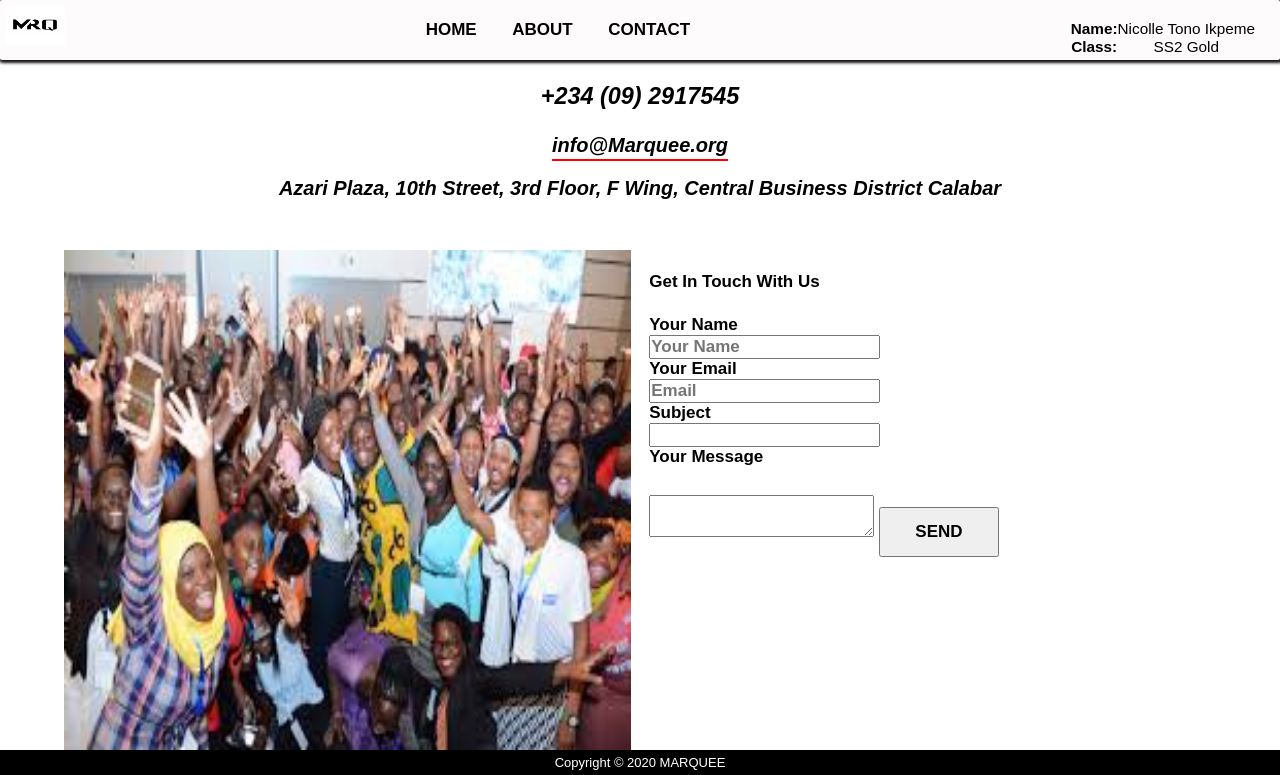
Repository: pboi18/Marquee.org
Page: contact.html
The author's editor kept a copy of each file at every save. The page is drawn from the files as they stood at one save, then again after the next save.
The browser window is 1280 px wide. The pictures show the whole page.

Above is the page before, as saved 2020-07-11 22:28:38.

### contact.html
<!DOCTYPE html>
<html>
    <head>
        <meta charset="utf-8">
        <link rel="icon" type="image/png" sizes="16x16" href="img/logo.png">
        <title>Marquee</title>

        <link rel="stylesheet" href="style.css" >
        <link rel="stylesheet" href="normalize.css" >
        <link rel="stylesheet" href="Grid.css">


    </head>

    <body>
            <nav class="main">

                    <div class="navbar2">

                        <img src="img/logo.png" alt="MARQUEE" class="logo">

                        <ul class="main-nav">
                            <li>
                                <a href="home.html">
                                    Home
                                </a>
                            </li>

                            <li>
                                <a href="about.html">
                                    ABOUT
                                </a>
                            </li>

                            <li>
                                <a href="contact.html">
                                    CONTACT
                                </a>
                            </li>

                            <li style="float: right;">
                                <table class="id">
                                    <tr>
                                        <th>Name:</th>
                                        <td> Nicolle Tono Ikpeme</td>
                                    </tr>

                                    <tr>
                                        <th>Class:</th>
                                        <td> SS2 Gold</td>
                                    </tr>

                                </table>
                            </li>

                        </ul>





                </div>

            </nav>

            <div class="con">
                <div class="contact">
                    <address>
                        <h3>+234 (09) 2917545</h3>
                        <a href="info@Marquee.org" style="text-decoration: none; color: black;
                        font-weight: bold; border-bottom: 2px solid red; padding-bottom: 3px;">
                            info@Marquee.org
                        </a><br>
                        <p style="font-weight: bold;">Azari Plaza, 10th Street, 3rd Floor, F Wing, Central Business District Calabar</p>
                    </address>
                </div>


                <div style="height: 500px;">
                    <img src="img/images.jpg" alt="Happy women" class="image span-1-of-2">

                    <form class="form2 span-1-of-2">
                        <h4 >Get In Touch With Us</h4>
                        <label>Your Name </label>
                        <input type="text" name="Name" placeholder="Your Name" required >
                        <label>Your Email</label>
                        <input type="email"  placeholder="Email" required >
                        <label>Subject</label>
                        <input type="text" >
                        <label>Your Message</label>
                        <textarea ></textarea>
                        <!-- <input type="submit" value="SEND" name="send" style="margin-top: 40px;"> -->

                        <button type="submit" style="margin-top: 40px; width: 120px; height: 50px;">SEND</button>

                    </form>

                </div>
            </div>

        <footer>
            <P style="color: white; text-align: center; margin: 0; font-size: small; padding: 5px;">
                Copyright &copy; 2020 MARQUEE
            </P>
        </footer>
    </body>
</html>

### style.css
* {
    margin: o;
    padding: 0;
    box-sizing: border-box;
}

html {
    background-color: #fff;
    max-width: 100%;
    font-size: 20px;
    font-weight: 300;
    font-family: Arial, Helvetica, sans-serif;
    text-rendering: optimizeLegibility;
}



h1 {
    margin: 0;
}

label {
    display: block;
}

input {
    display: block;
}

/* header {
    background-image: linear-gradient( rgba(0, 0, 0, 0.4), rgba(0, 0, 0, 0.4)), url(img/home.jpg);
    height: 100vh;
    background-size: cover;
    background-position: center;
} */


.logo {
    height: 40px;
    width: 60px;
    float: left;
    margin: 5px;
}

.main-nav {
    list-style: none;
    margin: auto;
    margin-top: 10px;
    text-align: center;


}

.main-nav li {
    display: inline-block;
    margin: 10px 15px;
    font-size: 85%;

}

.main-nav li a:link,
.main-nav li a:visited {
    color: #000;
    text-decoration: none;
    text-transform: uppercase;
    font-weight: bold;
    padding: 3px 0px;
    border-bottom: 3px solid transparent;
    transition: border-bottom 0.2s;
}

.main-nav li a:hover,
.main-nav li a:active {
    border-bottom: 3px solid rgb(158, 0, 0);
}
.id {
    display: inline;
    padding: 10px;
    font-size: 90%;
}

.navbar {
    height: 50px;
    width: 100%;
    display: inline-block;
    border-radius: 2px;
    box-shadow: 0px 3px -1px 2px rgb(190, 189, 189);
    position: fixed;
    background-color: rgb(253, 251, 251);
}

.navbar2 {
    height: 60px;
    width: 100%;
    display: inline-block;
    border-radius: 2px;
    box-shadow: 1px 1px 3px 2px rgb(20, 20, 20);
    /* position: fixed; */
    background-color: rgb(253, 251, 251);
}

.numb {
    border: solid 5px rgb(63, 62, 62);
    text-align: center;
    width: 40px;
    height: 30px;
    align-self: center;
    border-radius: 50%;
    margin: auto;
    background-color: rgb(63, 62, 62);
    color: white;
}
.wup {
    padding-top: 10px;

    background: linear-gradient(180deg, #DF2828 5.21%, rgba(223, 40, 40, 0.427083) 55.73%, rgba(223, 40, 40, 0.427083) 64.06%, rgba(223, 40, 40, 0.427083) 73.44%, rgba(222, 17, 17, 0.427083) 100%, rgba(170, 77, 77, 0) 100%);
}

.cover {
    border-radius: 5px;
    margin: auto;
}

.sec {
    background-color: black;
    height: 250px;
    width: 100%;
    text-align: center;
}



main {
    /* width: 1000px; */
    margin: auto;
}

.con {
    width: 90%;
    margin: auto;
    ;

}
.contact {
    text-align: center;
    margin: auto;
    margin-bottom: 50px;
}
.image {
    width: 550px;
    height: 500px;
    float: left;
}

.form2 {
    float: right;
    text-align: left;
    font-size: 85%;
    font-weight: bold;
}

footer {
    background-color: #000;
}

### Grid.css

/*  SECTIONS  ============================================================================= */

.section {
	clear: both;
	padding: 0px;
	margin: 0px;
}

/*  GROUPING  ============================================================================= */

.row {
    zoom: 1; /* For IE 6/7 (trigger hasLayout) */
}

.row:before,
.row:after {
    content:"";
    display:table;
}
.row:after {
    clear:both;
}

/*  GRID COLUMN SETUP   ==================================================================== */

.col {
	display: block;
	float:left;
	margin: 1% 0 1% 1.6%;
}

.col:first-child { margin-left: 0; } /* all browsers except IE6 and lower */


/*  REMOVE MARGINS AS ALL GO FULL WIDTH AT 480 PIXELS */

@media only screen and (max-width: 480px) {
	.col {
		/*margin: 1% 0 1% 0%;*/
        margin: 0;
	}
}


/*  GRID OF TWO   ============================================================================= */


.span-2-of-2 {
	width: 100%;
}

.span-1-of-2 {
	width: 49.2%;
}

/*  GO FULL WIDTH AT LESS THAN 480 PIXELS */

@media only screen and (max-width: 480px) {
	.span-2-of-2 {
		width: 100%;
	}
	.span-1-of-2 {
		width: 100%;
	}
}


/*  GRID OF THREE   ============================================================================= */


.span-3-of-3 {
	width: 100%;
}

.span-2-of-3 {
	width: 66.13%;
}

.span-1-of-3 {
	width: 32.26%;
}


/*  GO FULL WIDTH AT LESS THAN 480 PIXELS */

@media only screen and (max-width: 480px) {
	.span-3-of-3 {
		width: 100%;
	}
	.span-2-of-3 {
		width: 100%;
	}
	.span-1-of-3 {
		width: 100%;
	}
}

/*  GRID OF FOUR   ============================================================================= */


.span-4-of-4 {
	width: 100%;
}

.span-3-of-4 {
	width: 74.6%;
}

.span-2-of-4 {
	width: 49.2%;
}

.span-1-of-4 {
	width: 23.8%;
}


/*  GO FULL WIDTH AT LESS THAN 480 PIXELS */

@media only screen and (max-width: 480px) {
	.span-4-of-4 {
		width: 100%;
	}
	.span-3-of-4 {
		width: 100%;
	}
	.span-2-of-4 {
		width: 100%;
	}
	.span-1-of-4 {
		width: 100%;
	}
}


/*  GRID OF FIVE   ============================================================================= */


.span-5-of-5 {
	width: 100%;
}

.span-4-of-5 {
  	width: 79.68%;
}

.span-3-of-5 {
  	width: 59.36%;
}

.span-2-of-5 {
  	width: 39.04%;
}

.span-1-of-5 {
  	width: 18.72%;
}


/*  GO FULL WIDTH AT LESS THAN 480 PIXELS */

@media only screen and (max-width: 480px) {
	.span-5-of-5 {
		width: 100%;
	}
	.span-4-of-5 {
		width: 100%;
	}
	.span-3-of-5 {
		width: 100%;
	}
	.span-2-of-5 {
		width: 100%;
	}
	.span-1-of-5 {
		width: 100%;
	}
}


/*  GRID OF SIX   ============================================================================= */


.span-6-of-6 {
	width: 100%;
}

.span-5-of-6 {
  	width: 83.06%;
}

.span-4-of-6 {
  	width: 66.13%;
}

.span-3-of-6 {
  	width: 49.2%;
}

.span-2-of-6 {
  	width: 32.26%;
}

.span-1-of-6 {
  	width: 15.33%;
}


/*  GO FULL WIDTH AT LESS THAN 480 PIXELS */

@media only screen and (max-width: 480px) {
	.span-6-of-6 {
		width: 100%;
	}
	.span-5-of-6 {
		width: 100%;
	}
	.span-4-of-6 {
		width: 100%;
	}
	.span-3-of-6 {
		width: 100%;
	}
	.span-2-of-6 {
		width: 100%;
	}
	.span-1-of-6 {
		width: 100%;
	}
}



/*  GRID OF SEVEN   ============================================================================= */


.span-7-of-7 {
	width: 100%;
}

.span-6-of-7 {
	width: 85.48%;
}

.span-5-of-7 {
  	width: 70.97%;
}

.span-4-of-7 {
  	width: 56.45%;
}

.span-3-of-7 {
  	width: 41.94%;
}

.span-2-of-7 {
  	width: 27.42%;
}

.span-1-of-7 {
  	width: 12.91%;
}


/*  GO FULL WIDTH AT LESS THAN 480 PIXELS */

@media only screen and (max-width: 480px) {
	.span-7-of-7 {
		width: 100%;
	}
	.span-6-of-7 {
		width: 100%;
	}
	.span-5-of-7 {
		width: 100%;
	}
	.span-4-of-7 {
		width: 100%;
	}
	.span-3-of-7 {
		width: 100%;
	}
	.span-2-of-7 {
		width: 100%;
	}
	.span-1-of-7 {
		width: 100%;
	}
}


/*  GRID OF EIGHT   ============================================================================= */


.span-8-of-8 {
	width: 100%;
}

.span-7-of-8 {
	width: 87.3%;
}

.span-6-of-8 {
	width: 74.6%;
}

.span-5-of-8 {
	width: 61.9%;
}

.span-4-of-8 {
	width: 49.2%;
}

.span-3-of-8 {
	width: 36.5%;
}

.span-2-of-8 {
	width: 23.8%;
}

.span-1-of-8 {
	width: 11.1%;
}


/*  GO FULL WIDTH AT LESS THAN 480 PIXELS */

@media only screen and (max-width: 480px) {
	.span-8-of-8 {
		width: 100%;
	}
	.span-7-of-8 {
		width: 100%;
	}
	.span-6-of-8 {
		width: 100%;
	}
	.span-5-of-8 {
		width: 100%;
	}
	.span-4-of-8 {
		width: 100%;
	}
	.span-3-of-8 {
		width: 100%;
	}
	.span-2-of-8 {
		width: 100%;
	}
	.span-1-of-8 {
		width: 100%;
	}
}


/*  GRID OF NINE   ============================================================================= */


.span-9-of-9 {
	width: 100%;
}

.span-8-of-9 {
	width: 88.71%;
}

.span-7-of-9 {
	width: 77.42%;
}

.span-6-of-9 {
	width: 66.13%;
}

.span-5-of-9 {
	width: 54.84%;
}

.span-4-of-9 {
	width: 43.55%;
}

.span-3-of-9 {
	width: 32.26%;
}

.span-2-of-9 {
	width: 20.97%;
}

.span-1-of-9 {
	width: 9.68%;
}


/*  GO FULL WIDTH AT LESS THAN 480 PIXELS */

@media only screen and (max-width: 480px) {
	.span-9-of-9 {
		width: 100%;
	}
	.span-8-of-9 {
		width: 100%;
	}
	.span-7-of-9 {
		width: 100%;
	}
	.span-6-of-9 {
		width: 100%;
	}
	.span-5-of-9 {
		width: 100%;
	}
	.span-4-of-9 {
		width: 100%;
	}
	.span-3-of-9 {
		width: 100%;
	}
	.span-2-of-9 {
		width: 100%;
	}
	.span-1-of-9 {
		width: 100%;
	}
}


/*  GRID OF TEN   ============================================================================= */


.span-10-of-10 {
	width: 100%;
}

.span-9-of-10 {
	width: 89.84%;
}

.span-8-of-10 {
	width: 79.68%;
}

.span-7-of-10 {
	width: 69.52%;
}

.span-6-of-10 {
	width: 59.36%;
}

.span-5-of-10 {
	width: 49.2%;
}

.span-4-of-10 {
	width: 39.04%;
}

.span-3-of-10 {
	width: 28.88%;
}

.span-2-of-10 {
	width: 18.72%;
}

.span-1-of-10 {
	width: 8.56%;
}


/*  GO FULL WIDTH AT LESS THAN 480 PIXELS */

@media only screen and (max-width: 480px) {
	.span-10-of-10 {
		width: 100%;
	}
	.span-9-of-10 {
		width: 100%;
	}
	.span-8-of-10 {
		width: 100%;
	}
	.span-7-of-10 {
		width: 100%;
	}
	.span-6-of-10 {
		width: 100%;
	}
	.span-5-of-10 {
		width: 100%;
	}
	.span-4-of-10 {
		width: 100%;
	}
	.span-3-of-10 {
		width: 100%;
	}
	.span-2-of-10 {
		width: 100%;
	}
	.span-1-of-10 {
		width: 100%;
	}
}


/*  GRID OF ELEVEN   ============================================================================= */

.span-11-of-11 {
	width: 100%;
}

.span-10-of-11 {
	width: 90.76%;
}

.span-9-of-11 {
	width: 81.52%;
}

.span-8-of-11 {
	width: 72.29%;
}

.span-7-of-11 {
	width: 63.05%;
}

.span-6-of-11 {
	width: 53.81%;
}

.span-5-of-11 {
	width: 44.58%;
}

.span-4-of-11 {
	width: 35.34%;
}

.span-3-of-11 {
	width: 26.1%;
}

.span-2-of-11 {
	width: 16.87%;
}

.span-1-of-11 {
	width: 7.63%;
}


/*  GO FULL WIDTH AT LESS THAN 480 PIXELS */

@media only screen and (max-width: 480px) {
	.span-11-of-11 {
		width: 100%;
	}
	.span-10-of-11 {
		width: 100%;
	}
	.span-9-of-11 {
		width: 100%;
	}
	.span-8-of-11 {
		width: 100%;
	}
	.span-7-of-11 {
		width: 100%;
	}
	.span-6-of-11 {
		width: 100%;
	}
	.span-5-of-11 {
		width: 100%;
	}
	.span-4-of-11 {
		width: 100%;
	}
	.span-3-of-11 {
		width: 100%;
	}
	.span-2-of-11 {
		width: 100%;
	}
	.span-1-of-11 {
		width: 100%;
	}
}


/*  GRID OF TWELVE   ============================================================================= */

.span-12-of-12 {
	width: 100%;
}

.span-11-of-12 {
	width: 91.53%;
}

.span-10-of-12 {
	width: 83.06%;
}

.span-9-of-12 {
	width: 74.6%;
}

.span-8-of-12 {
	width: 66.13%;
}

.span-7-of-12 {
	width: 57.66%;
}

.span-6-of-12 {
	width: 49.2%;
}

.span-5-of-12 {
	width: 40.73%;
}

.span-4-of-12 {
	width: 32.26%;
}

.span-3-of-12 {
	width: 23.8%;
}

.span-2-of-12 {
	width: 15.33%;
}

.span-1-of-12 {
	width: 6.86%;
}


/*  GO FULL WIDTH AT LESS THAN 480 PIXELS */

@media only screen and (max-width: 480px) {
	.span-12-of-12 {
		width: 100%;
	}
	.span-11-of-12 {
		width: 100%;
	}
	.span-10-of-12 {
		width: 100%;
	}
	.span-9-of-12 {
		width: 100%;
	}
	.span-8-of-12 {
		width: 100%;
	}
	.span-7-of-12 {
		width: 100%;
	}
	.span-6-of-12 {
		width: 100%;
	}
	.span-5-of-12 {
		width: 100%;
	}
	.span-4-of-12 {
		width: 100%;
	}
	.span-3-of-12 {
		width: 100%;
	}
	.span-2-of-12 {
		width: 100%;
	}
	.span-1-of-12 {
		width: 100%;
	}
}

Loaded but not shown: normalize.css (library)

After the next save:
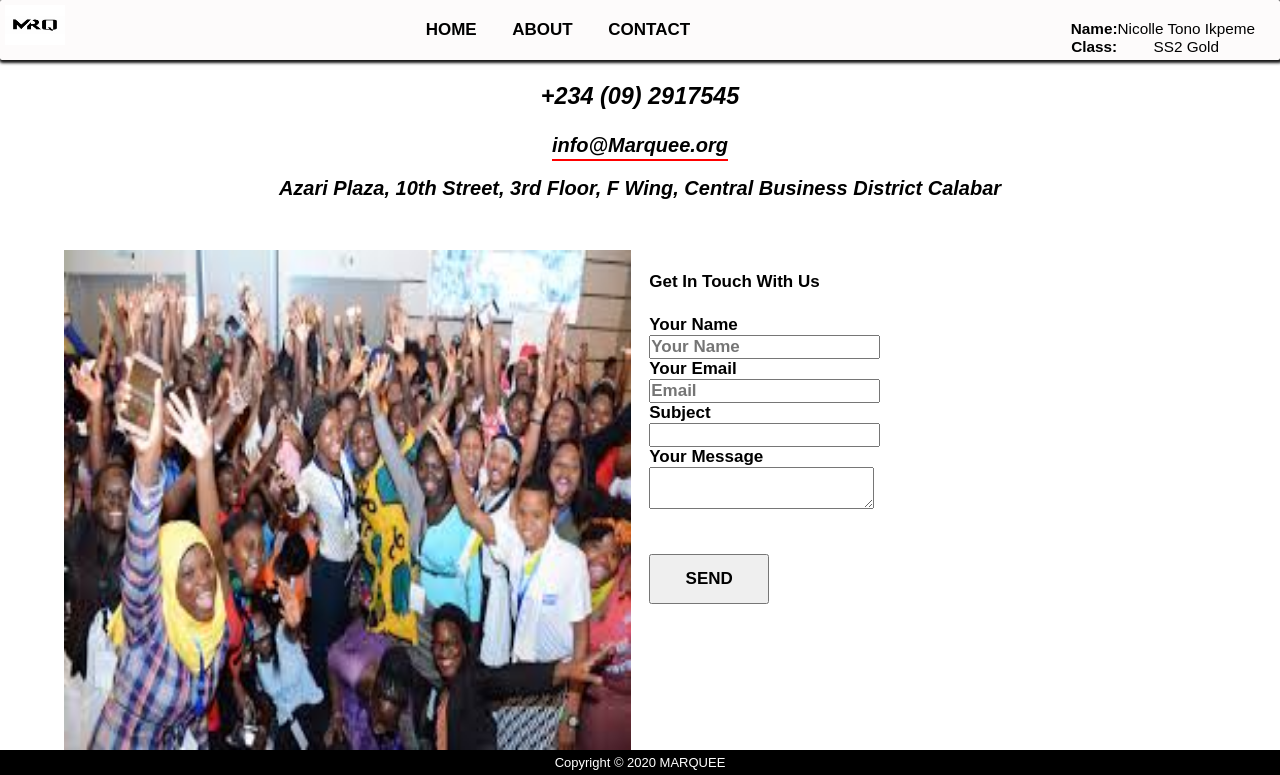
Saved 36 s later.
--- a/style.css
+++ b/style.css
@@ -24,6 +24,10 @@ label {
 }
 
 input {
+    display: block;
+}
+
+button {
     display: block;
 }
 
